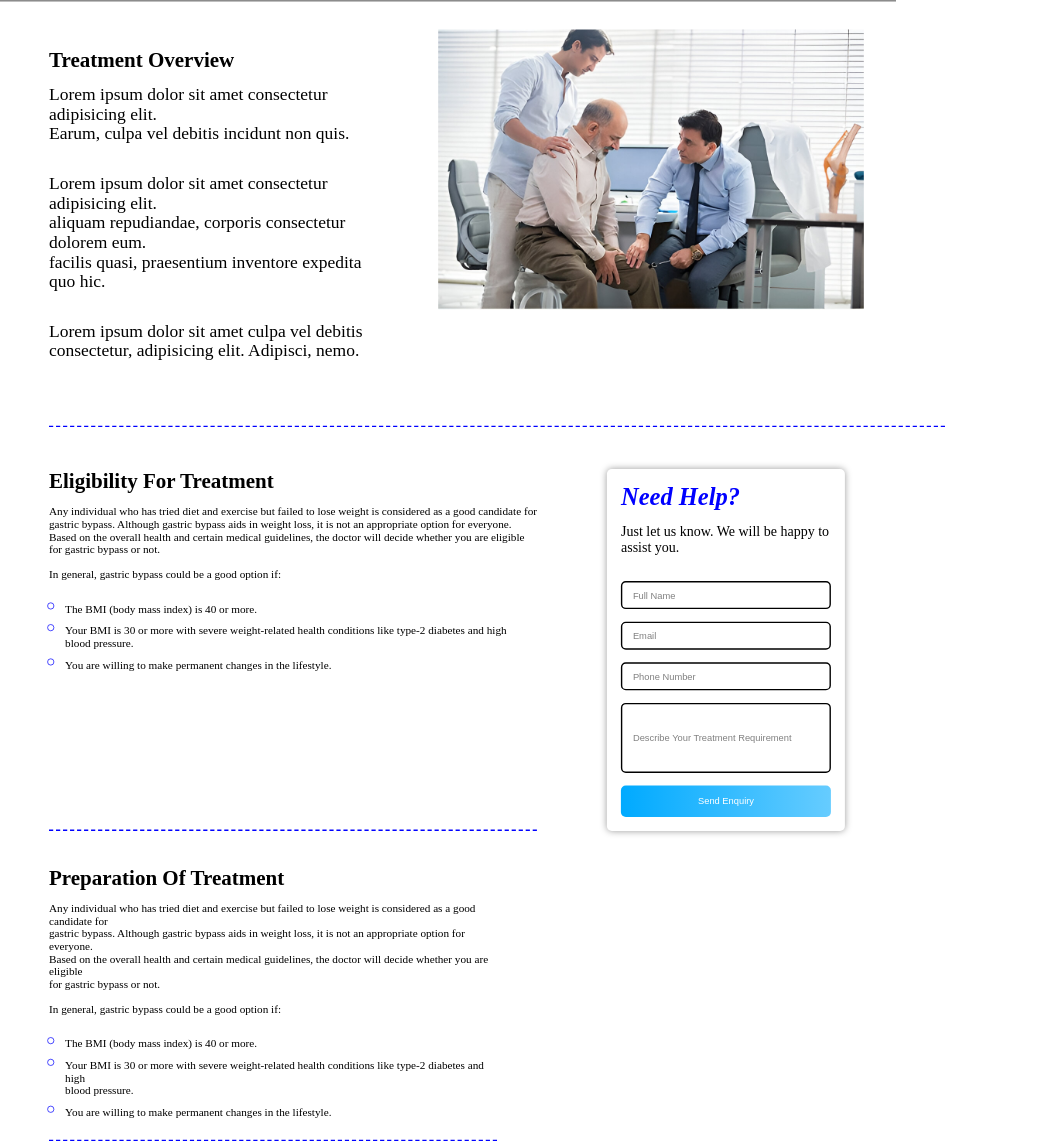
Repository: hetuk2005/webDevelopment
Page: Projects/Aafiya.html
The author's editor kept a copy of each file at every save. The page is drawn from the files as they stood at one save, then again after the next save.
The browser window is 1280 px wide. The page is 1498 px wide, so the pictures cover 1498 px, including what lies to the right of the window. The pictures show the part of the page from y = 613 to 2253 px (the page is 2253 px tall), at 70% of full size.

Above is the page before, as saved 2025-04-07 11:07:22.

After the next save:
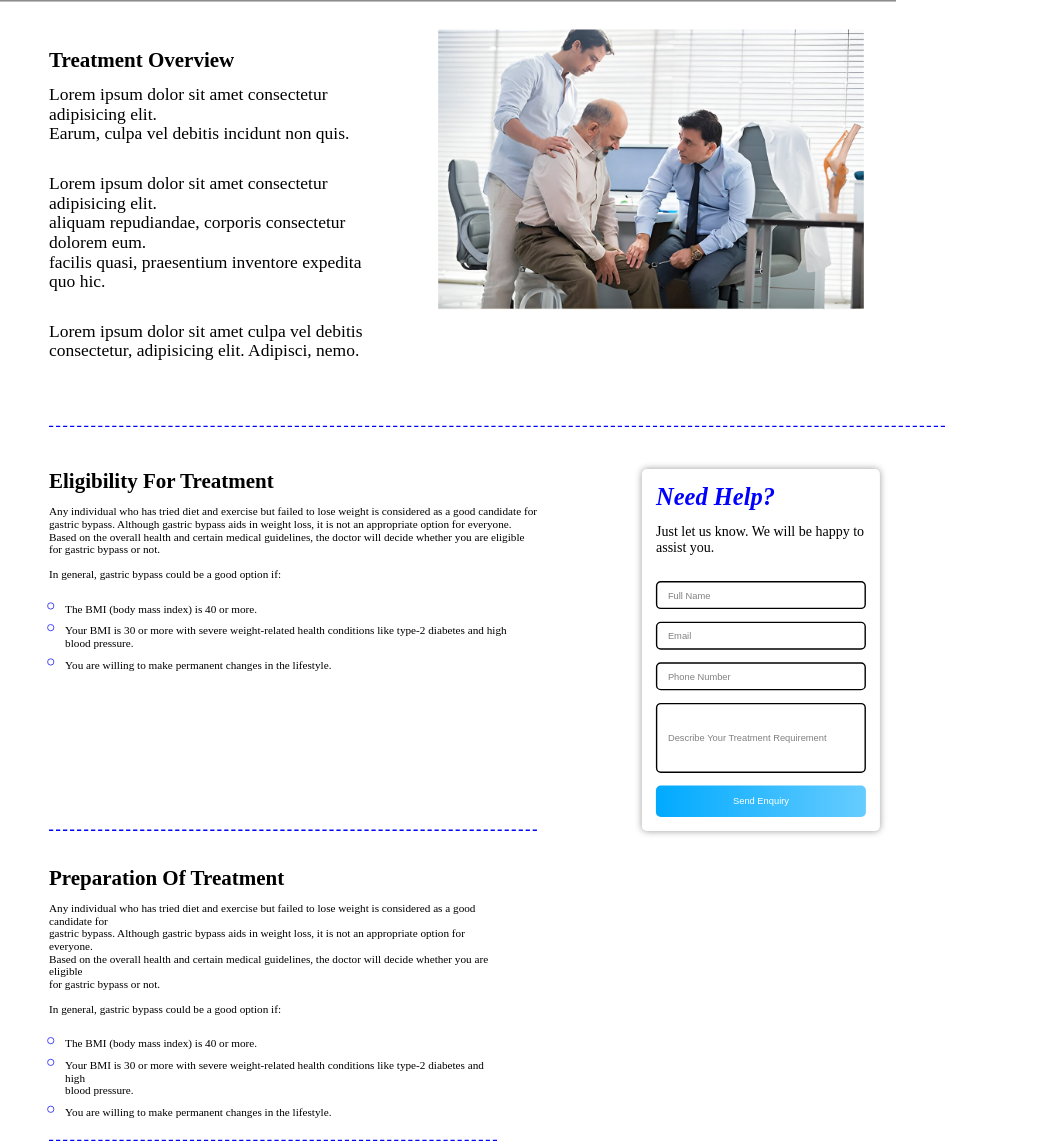
Saved 4 s later.
--- a/Projects/CSS/Aafiya.css
+++ b/Projects/CSS/Aafiya.css
@@ -239,7 +239,7 @@ span {
 .eligibility_for_treatment {
     display: flex;
     width: 100%;
-    gap: 100px;
+    gap: 150px;
     padding-top: 50px;
     margin-left: 70px;
 }
